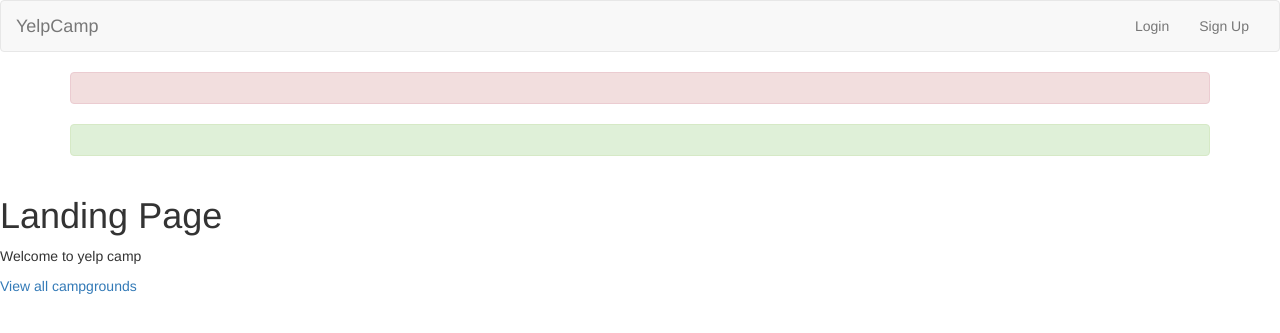
Repository: demioke/web-development-bootcamp
Page: http://localhost/
The author's editor kept a record of every edit. The page is drawn from the files as they stood at one moment, then again after a run of edits.
The browser window is 1280 px wide. The pictures show the whole page.
The page is served by the project's Node server (YelpCamp/v11/app.js). Other server files are loaded and not shown.

Above is the page before.

### YelpCamp/v11/views/landing.ejs
<% include partials/header %>

<h1>Landing Page</h1>

<p>Welcome to yelp camp</p>

<a href="/campgrounds">View all campgrounds</a>

<% include partials/footer %>

### YelpCamp/v11/views/partials/header.ejs
<!DOCTYPE html>
<html>
    <head>
        <title>YelpCamp</title>
        <link rel="stylesheet" href="https://stackpath.bootstrapcdn.com/bootstrap/3.3.5/css/bootstrap.min.css">
        <link rel="stylesheet" href="/stylesheets/main.css">
    </head>
    <body>

    <nav class="navbar navbar-default">
        <div class="container-fluid">
            <div class="navbar-header">
                <a class="navbar-brand" href="/">YelpCamp</a>
            </div>
            <div class="collapse navbar-collapse">
                <ul class="nav navbar-nav navbar-right">
                    <% if(!currentUser) { %> <!--no user logged in-->
                        <li><a href="/login">Login</a></li>
                        <li><a href="/register">Sign Up</a></li>
                    <% } else { %> <!--user logged in-->
                        <li><a href="#">Signed In As <%= currentUser.username %></a></li>
                        <li><a href="/logout">Logout</a></li>
                    <% } %>
                </ul>
            </div>
        </div>
    </nav>

    <div class="container">
        <div class="alert alert-danger" role="alert">
            <%= error %>
        </div>
        <div class="alert alert-success" role="alert">
            <%= success %>
        </div>
    </div>

### YelpCamp/v11/views/partials/footer.ejs
     </body>
</html>

### YelpCamp/v11/app.js
var express      = require("express");
var app          = express();
var bodyParser   = require("body-parser");
var mongoose     = require("mongoose");
var Campground   = require("./models/campground"); //.j isnt required as it is implicit
var seedDB       = require("./seeds");
var Comment      = require("./models/comment");
var passport = require("passport");
var localStrategy = require("passport-local");
//var passportLocalMongoose = require("passport-local-mongoose");
var User = require("./models/user");
var methodOverride = require("method-override");
var flash = require("connect-flash");

// requiring routes
var commentRoutes = require("./routes/comments");
var campgroundRoutes = require("./routes/campgrounds");
var indexRoutes = require("./routes/index");

mongoose.connect("mongodb://localhost/yelp_camp"); //tell mongoose to connect to a DB. if cat_app DB doesnt exist, it will make one
app.use(bodyParser.urlencoded({extended: true}));
app.set("view engine", "ejs");
app.use(express.static(__dirname + "/public")); //__dirname refers to the directory that the script i.e. app.js is running in. allows us to link to our custom stylesheets stored there
app.use(methodOverride("_method"));
app.use(flash()); //must come before passport config
// seedDB(); //seed the database

////////////////////// PASSPORT CONFIGURATION //////////////////////////////
app.use(require("express-session")({
    secret: "one two three",
    resave: false,
    saveUninitialized: false
}));
app.use(passport.initialize());
app.use(passport.session());
passport.use(new localStrategy(User.authenticate()));
passport.serializeUser(User.serializeUser());
passport.deserializeUser(User.deserializeUser())

app.use(function(req, res, next) { //middleware
    res.locals.currentUser = req.user; //whatever is in res.locals is whats available inside our template. this allows us to use currentUser in all ejs templates in our routes as it will be needed in the headerfile to display user status
    res.locals.error = req.flash("error"); //error flash message
    res.locals.success = req.flash("success"); //success flash message
    next(); // MUST PUT THIS IN. allows middleware to move on to the next code
});

app.use("/", indexRoutes);
app.use("/campgrounds", campgroundRoutes); // ALL routes begin in "/campgrounds". thus the routes stated in this file are appended onto it
// make sure to include express.Router({mergeParams: true}) so that params from campgrounds and comments will be merged so that inside the comment routes we can access :id that we defined
app.use("/campgrounds/:id/comments", commentRoutes); // ALL routes begin in "/campgrounds/:id/comments". thus the routes stated in this file are appended onto it




app.listen(process.env.PORT, process.env.IP, function() {
    console.log("The YelpCamp Server has started");
});

### YelpCamp/v11/routes/index.js
var express = require("express");
var router = express.Router();
var passport = require("passport");
var User = require("../models/user");

//root route
router.get("/", function(req, res) {
    res.render("landing");
});


/////////////////// AUTH ROUTES ///////////////////////////

//show register form
router.get("/register", function(req, res) {
   res.render("register");
});

//handle sign up logic
router.post("/register", function(req, res) {
    var newUser = new User({username: req.body.username});
    User.register(newUser, req.body.password, function(err, user) {
        if(err) {
            console.log(err);
            return res.render("register"); //using return means no need for else block
        }
        passport.authenticate("local")(req, res, function() {
            res.redirect("/campgrounds");
        });
    });
});

//show login form
router.get("/login", function(req, res) {
   res.render("login");
});

//handeling login logic
router.post("/login", passport.authenticate("local",
    {
        successRedirect: "/campgrounds",
        failureRedirect: "/login"
    }), function(req, res) {
});

//logout route
router.get("/logout", function(req, res) {
   req.logout();
   res.redirect("/campgrounds");
});

//middleware
function isLoggedIn(req, res, next) {
    if(req.isAuthenticated()) {
        return next();
    }
    res.redirect("/login");
}

module.exports = router;

### YelpCamp/v11/public/stylesheets/main.css
.thumbnail img {
    width:100%;
}

.thumbnail {
    padding: 0;
}

.thumbnail .caption-full {
    padding: 9px;
}

.delete-form {
    display: inline;
}

After the next 2 edits:
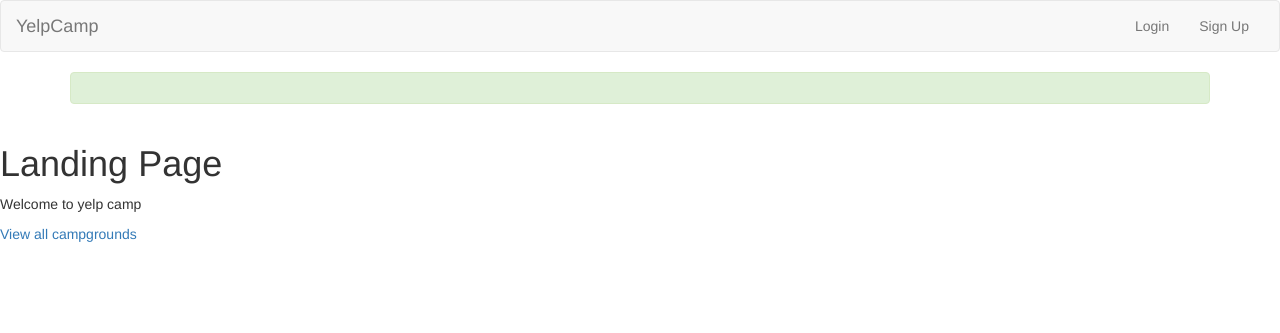
The 2 edits are shown as one change because 1 did not build or start.
The edit:
--- a/YelpCamp/v11/views/partials/header.ejs
+++ b/YelpCamp/v11/views/partials/header.ejs
@@ -27,9 +27,11 @@
     </nav>
 
     <div class="container">
-        <div class="alert alert-danger" role="alert">
-            <%= error %>
-        </div>
+        <% if(error && error.length > 0) { %> <!--if error exists and has a message in it-->
+            <div class="alert alert-danger" role="alert">
+                <%= error %>
+            </div>
+        <% } %>
         <div class="alert alert-success" role="alert">
             <%= success %>
         </div>
